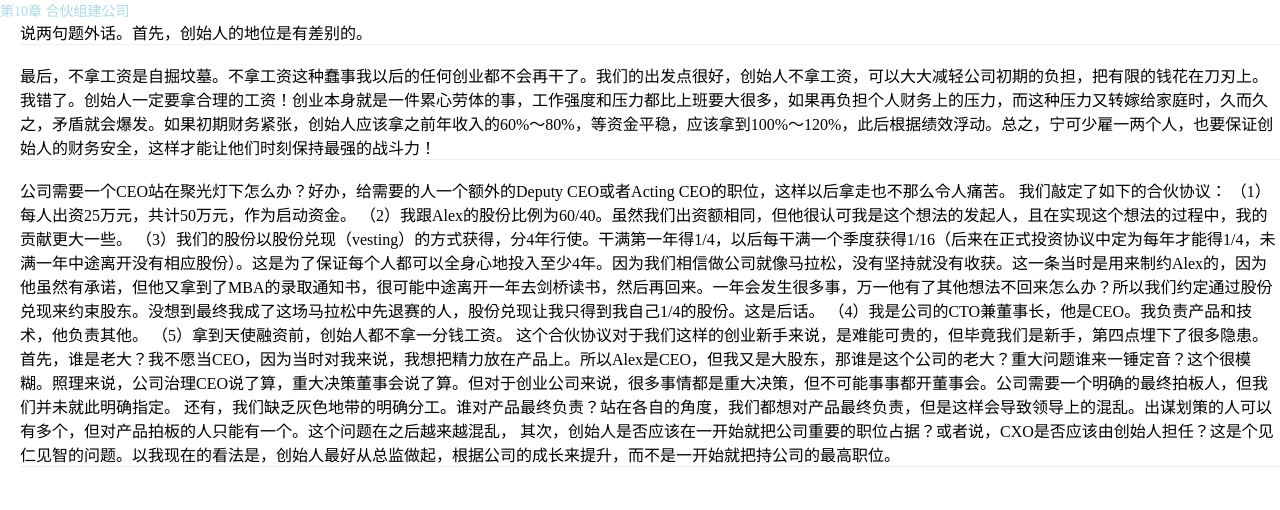
Repository: xudusheng/SSM
Page: SpringMVC/WebContent/HTML/first.html
An editor plug-in stored every save of this project. The page is shown before and after the next save, followed by the edit.
The browser window is 1280 px wide. The pictures show the whole page.

Above is the page before, as saved 2016-07-20 08:50:49.

### SpringMVC/WebContent/HTML/first.html
<!DOCTYPE html>
<html>
<head>
<meta charset="UTF-8">
<title>Insert title here</title>
<style type="text/css">
	*{ padding:0; margin:0; }
	.article-title{ color:lightblue; font-size:14px; }
	.content-line--grey{ border-bottom:1px solid #eee; margin-left:20px; }
</style>
</head>
<body>
	<p class='article-title'>第10章 合伙组建公司</p>
	<p class="content-line--grey">说两句题外话。首先，创始人的地位是有差别的。</p><br/>
	<p class="content-line--grey">最后，不拿工资是自掘坟墓。不拿工资这种蠢事我以后的任何创业都不会再干了。我们的出发点很好，创始人不拿工资，可以大大减轻公司初期的负担，把有限的钱花在刀刃上。我错了。创始人一定要拿合理的工资！创业本身就是一件累心劳体的事，工作强度和压力都比上班要大很多，如果再负担个人财务上的压力，而这种压力又转嫁给家庭时，久而久之，矛盾就会爆发。如果初期财务紧张，创始人应该拿之前年收入的60%～80%，等资金平稳，应该拿到100%～120%，此后根据绩效浮动。总之，宁可少雇一两个人，也要保证创始人的财务安全，这样才能让他们时刻保持最强的战斗力！</p>
	<br/>
	<p class="content-line--grey">
	公司需要一个CEO站在聚光灯下怎么办？好办，给需要的人一个额外的Deputy CEO或者Acting
	CEO的职位，这样以后拿走也不那么令人痛苦。 我们敲定了如下的合伙协议： （1）每人出资25万元，共计50万元，作为启动资金。
	（2）我跟Alex的股份比例为60/40。虽然我们出资额相同，但他很认可我是这个想法的发起人，且在实现这个想法的过程中，我的贡献更大一些。
	（3）我们的股份以股份兑现（vesting）的方式获得，分4年行使。干满第一年得1/4，以后每干满一个季度获得1/16（后来在正式投资协议中定为每年才能得1/4，未满一年中途离开没有相应股份）。这是为了保证每个人都可以全身心地投入至少4年。因为我们相信做公司就像马拉松，没有坚持就没有收获。这一条当时是用来制约Alex的，因为他虽然有承诺，但他又拿到了MBA的录取通知书，很可能中途离开一年去剑桥读书，然后再回来。一年会发生很多事，万一他有了其他想法不回来怎么办？所以我们约定通过股份兑现来约束股东。没想到最终我成了这场马拉松中先退赛的人，股份兑现让我只得到我自己1/4的股份。这是后话。
	（4）我是公司的CTO兼董事长，他是CEO。我负责产品和技术，他负责其他。 （5）拿到天使融资前，创始人都不拿一分钱工资。
	这个合伙协议对于我们这样的创业新手来说，是难能可贵的，但毕竟我们是新手，第四点埋下了很多隐患。
	首先，谁是老大？我不愿当CEO，因为当时对我来说，我想把精力放在产品上。所以Alex是CEO，但我又是大股东，那谁是这个公司的老大？重大问题谁来一锤定音？这个很模糊。照理来说，公司治理CEO说了算，重大决策董事会说了算。但对于创业公司来说，很多事情都是重大决策，但不可能事事都开董事会。公司需要一个明确的最终拍板人，但我们并未就此明确指定。
	还有，我们缺乏灰色地带的明确分工。谁对产品最终负责？站在各自的角度，我们都想对产品最终负责，但是这样会导致领导上的混乱。出谋划策的人可以有多个，但对产品拍板的人只能有一个。这个问题在之后越来越混乱，
	其次，创始人是否应该在一开始就把公司重要的职位占据？或者说，CXO是否应该由创始人担任？这是个见仁见智的问题。以我现在的看法是，创始人最好从总监做起，根据公司的成长来提升，而不是一开始就把持公司的最高职位。
	</p>
</body>
</html>

After the next save:
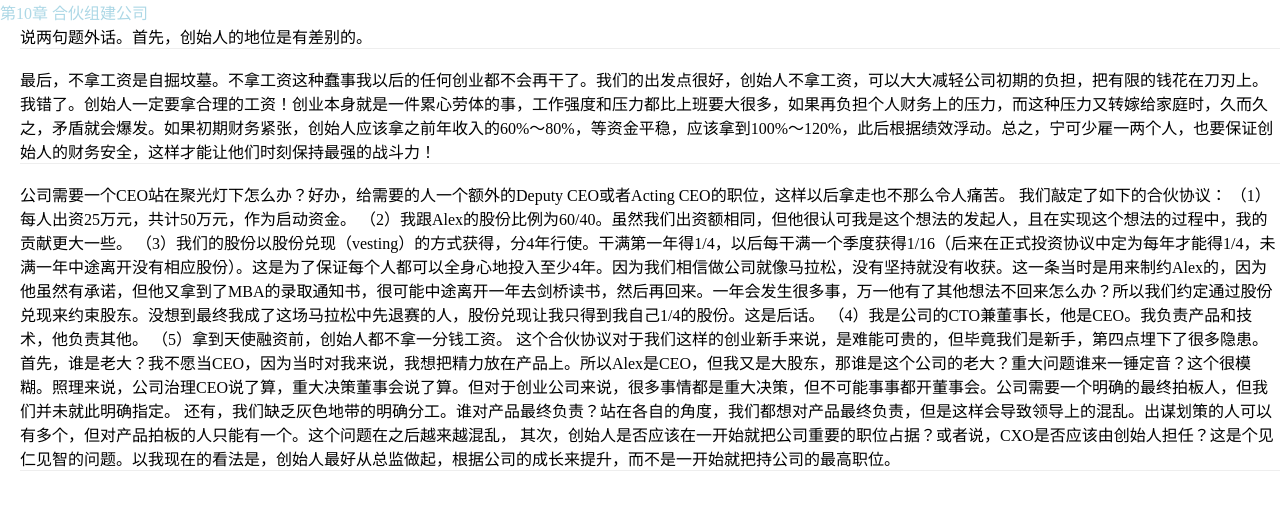
Saved 38 s later.
--- a/SpringMVC/WebContent/HTML/first.html
+++ b/SpringMVC/WebContent/HTML/first.html
@@ -5,7 +5,7 @@
 <title>Insert title here</title>
 <style type="text/css">
 	*{ padding:0; margin:0; }
-	.article-title{ color:lightblue; font-size:14px; }
+	.article-title{ color:lightblue; font-size:16px; }
 	.content-line--grey{ border-bottom:1px solid #eee; margin-left:20px; }
 </style>
 </head>
@@ -16,7 +16,8 @@
 	<br/>
 	<p class="content-line--grey">
 	公司需要一个CEO站在聚光灯下怎么办？好办，给需要的人一个额外的Deputy CEO或者Acting
-	CEO的职位，这样以后拿走也不那么令人痛苦。 我们敲定了如下的合伙协议： （1）每人出资25万元，共计50万元，作为启动资金。
+	CEO的职位，这样以后拿走也不那么令人痛苦。 我们敲定了如下的合伙协议：
+	（1）每人出资25万元，共计50万元，作为启动资金。
 	（2）我跟Alex的股份比例为60/40。虽然我们出资额相同，但他很认可我是这个想法的发起人，且在实现这个想法的过程中，我的贡献更大一些。
 	（3）我们的股份以股份兑现（vesting）的方式获得，分4年行使。干满第一年得1/4，以后每干满一个季度获得1/16（后来在正式投资协议中定为每年才能得1/4，未满一年中途离开没有相应股份）。这是为了保证每个人都可以全身心地投入至少4年。因为我们相信做公司就像马拉松，没有坚持就没有收获。这一条当时是用来制约Alex的，因为他虽然有承诺，但他又拿到了MBA的录取通知书，很可能中途离开一年去剑桥读书，然后再回来。一年会发生很多事，万一他有了其他想法不回来怎么办？所以我们约定通过股份兑现来约束股东。没想到最终我成了这场马拉松中先退赛的人，股份兑现让我只得到我自己1/4的股份。这是后话。
 	（4）我是公司的CTO兼董事长，他是CEO。我负责产品和技术，他负责其他。 （5）拿到天使融资前，创始人都不拿一分钱工资。
